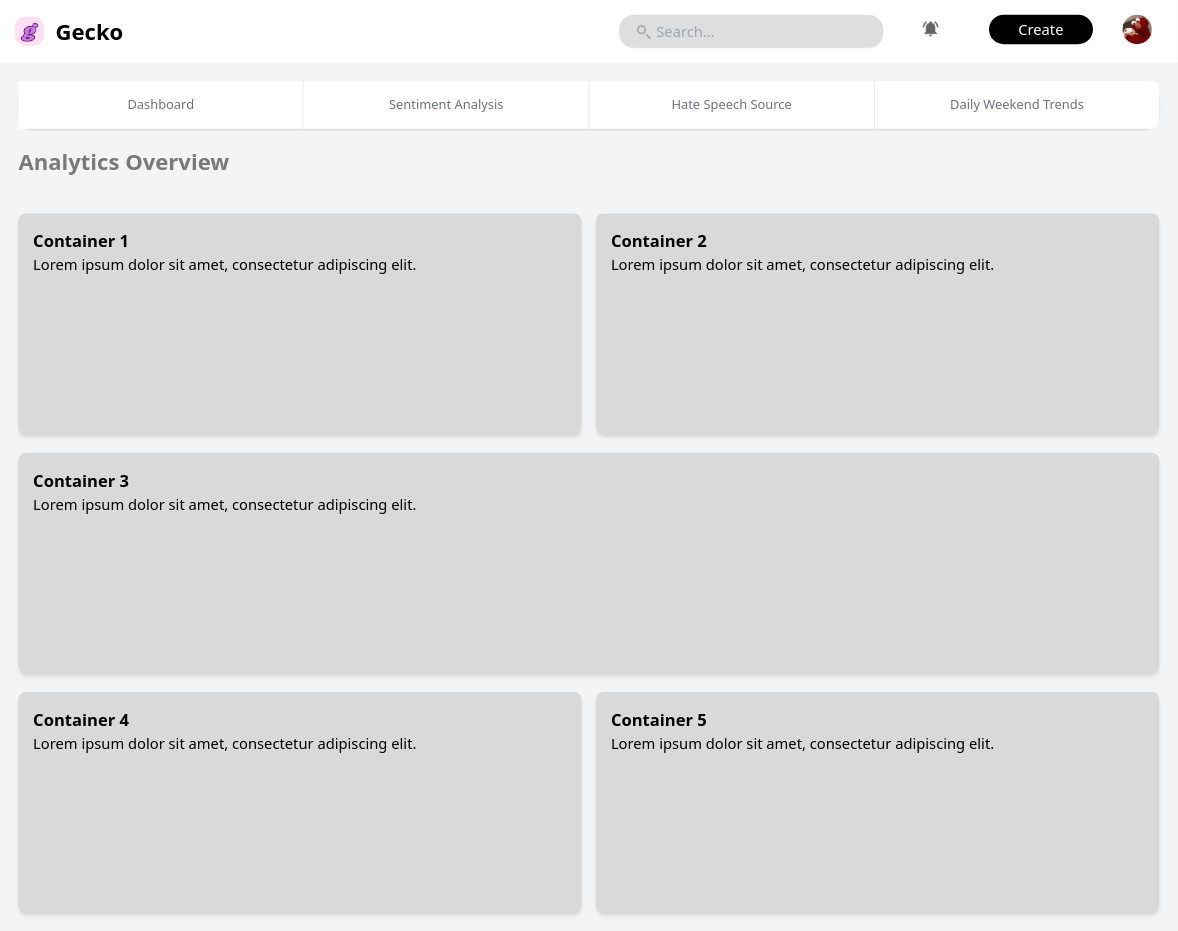
Repository: theamgri/thesis-website-nextjs
Page: website.html
These files come from the project's save history. The page is drawn as it stood at one moment and after the next save; the edit follows.
The browser window is 1280 px wide. The pictures show the whole page, at 92% of full size.

Above is the page before, as saved 2023-10-02 09:37:51.

After the next save:
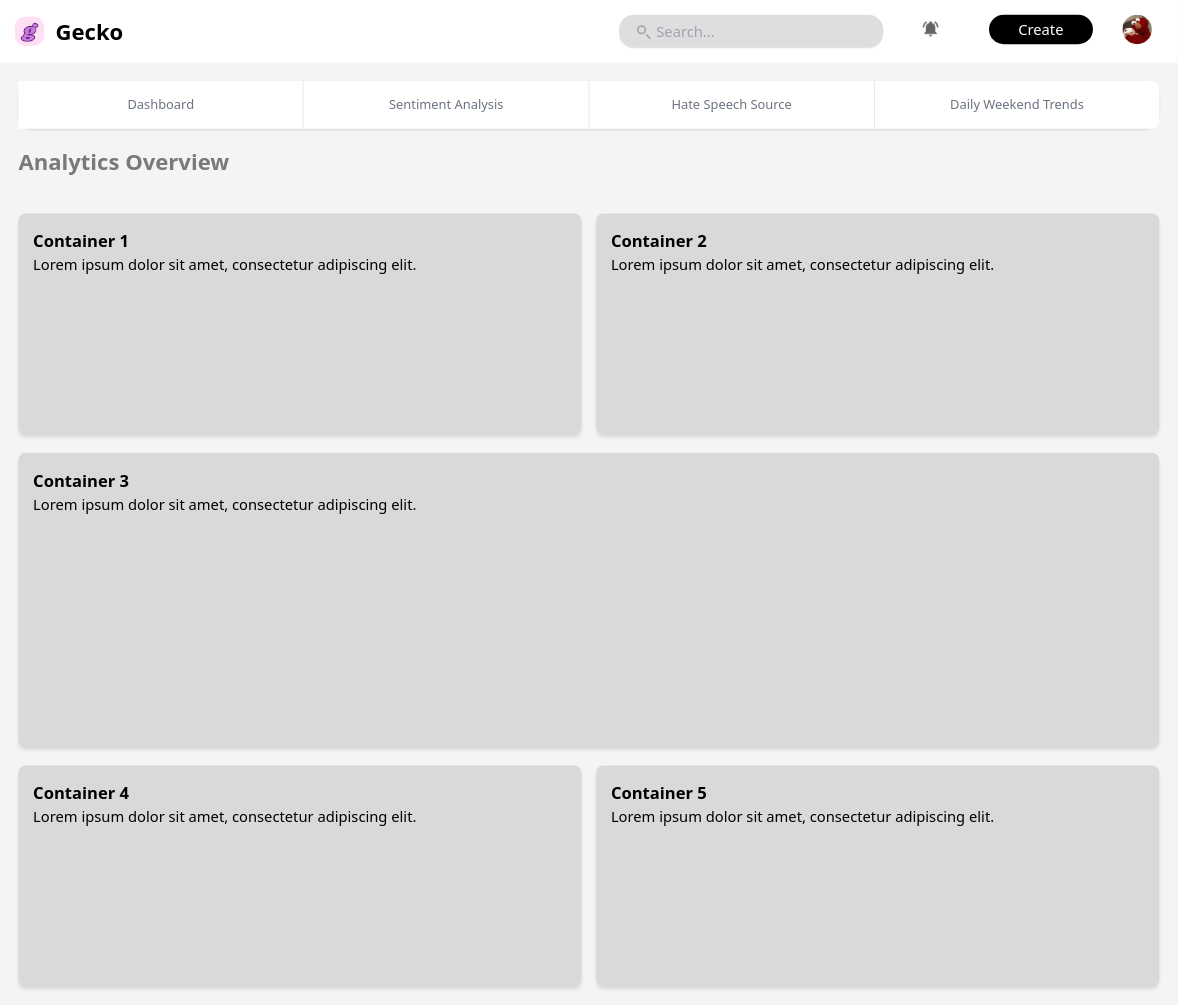
Saved 10 s later.
--- a/website.html
+++ b/website.html
@@ -136,7 +136,7 @@
     </div>
     <div class="m-5 grid grid-cols-1 md:grid-cols-1 lg:grid-cols-1 xl:grid-cols-1 gap-4 mt-4">
         <!-- Container 3 -->
-        <div class="bg-white p-4 rounded-lg shadow-md" style="background-color: #D9D9D9; height: 15rem;">
+        <div class="bg-white p-4 rounded-lg shadow-md" style="background-color: #D9D9D9; height: 20rem;">
             <h2 class="text-lg font-semibold">Container 3</h2>
             <p>Lorem ipsum dolor sit amet, consectetur adipiscing elit.</p>
         </div>
